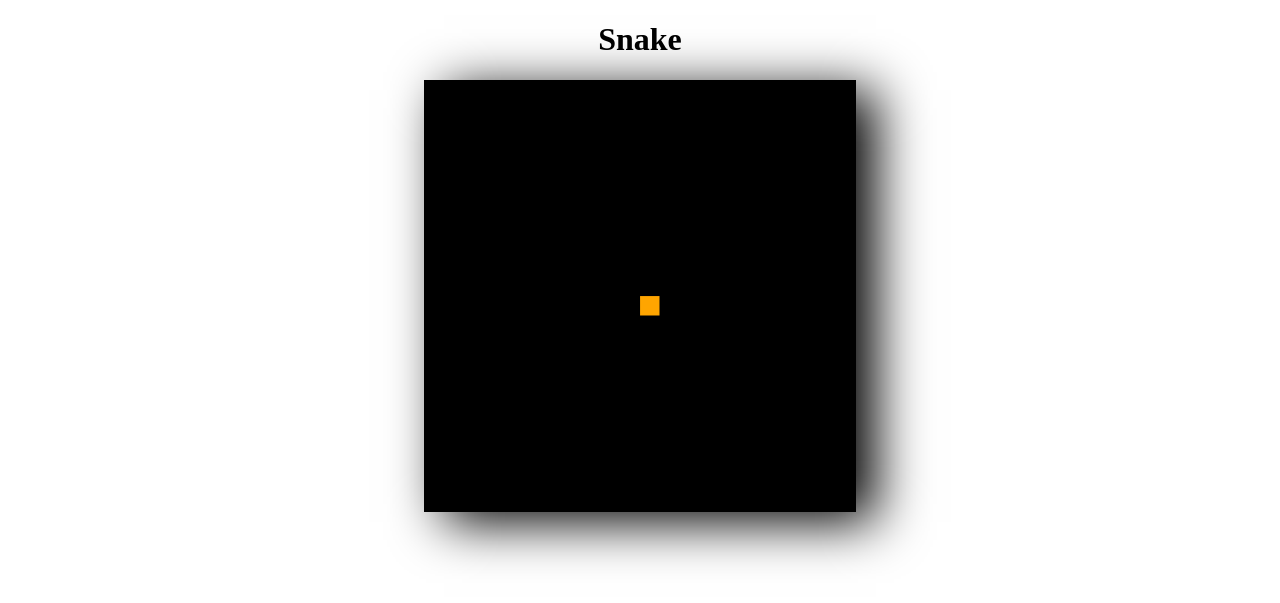
Repository: Ellisvelandia/snake
Page: index.html
The author's editor kept a copy of each file at every save. The page is drawn from the files as they stood at one save, then again after the next save.
The browser window is 1280 px wide. The pictures show the whole page.

Above is the page before, as saved 2022-08-26 23:20:18.

After the next save:
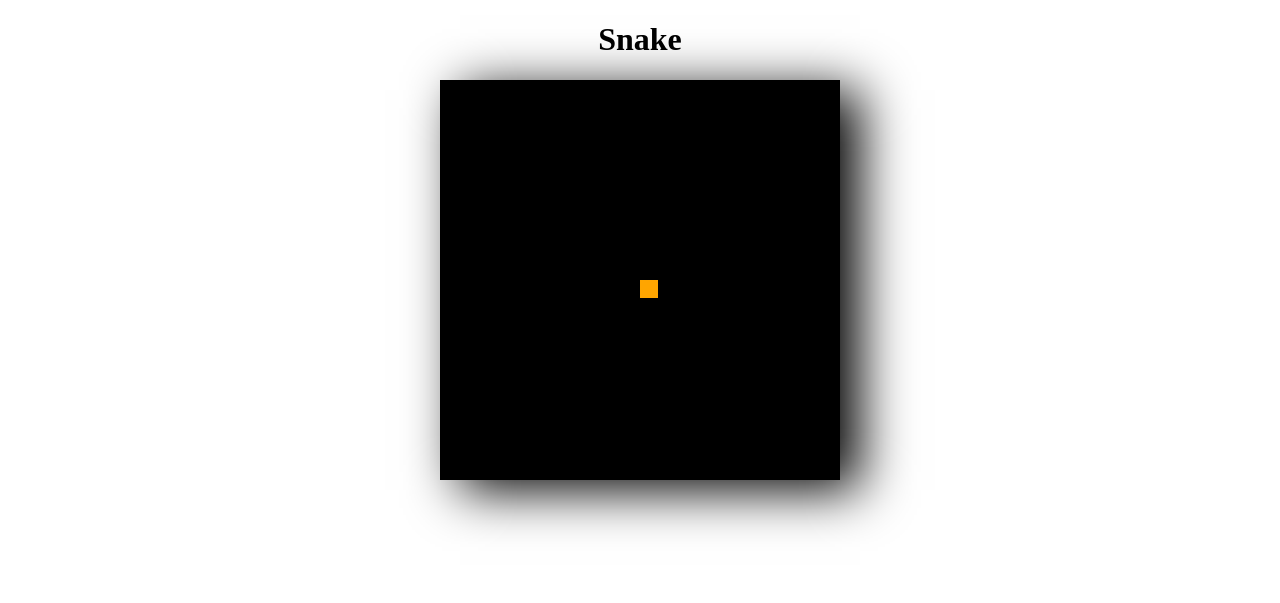
Saved 10 s later.
--- a/style.css
+++ b/style.css
@@ -10,5 +10,4 @@ body {
 canvas {
   box-shadow: #000 20px 10px 50px;
   max-width: 100%;
-  height: 60vh;
 }
